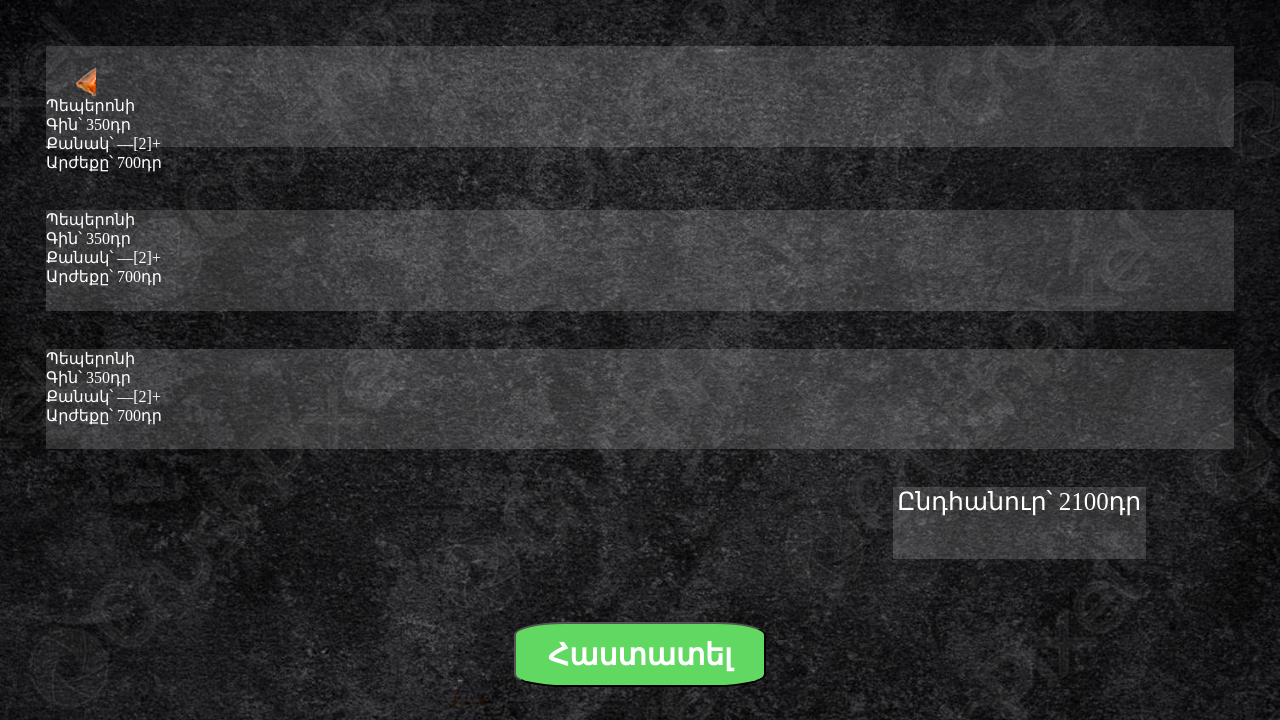
Repository: NarekTovmasyan/PizzaManue
Page: public/basket.html
These files come from the project's save history. The page is drawn as it stood at one moment and after the next save; the edit follows.
The browser window is 1280 px wide. The pictures show the whole page.

Above is the page before, as saved 2022-01-20 14:28:40.

After the next save:
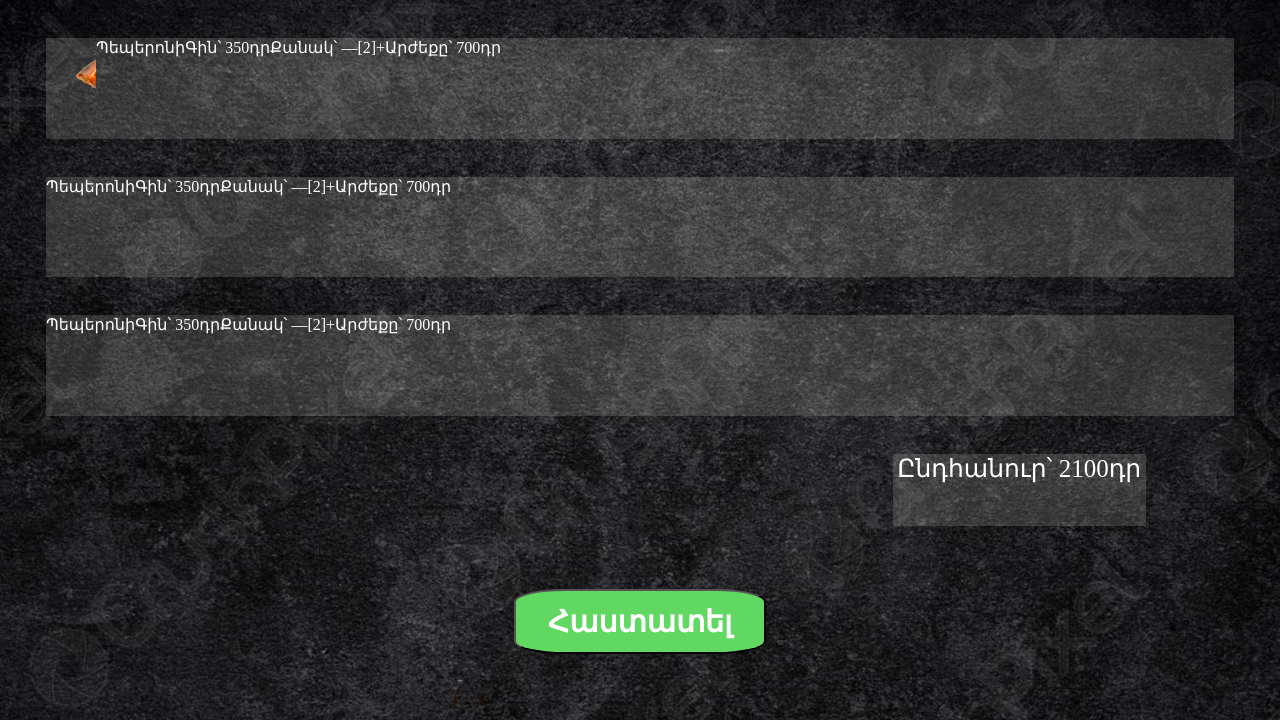
Saved 49 s later.
--- a/public/basket.css
+++ b/public/basket.css
@@ -13,7 +13,8 @@ body {
   height: 14vh;
   margin-top: 3%;
   margin-left: 3%;
-  display: inline-block;
+  display: flex;
+
   color:white ;
 }
 .sum{
